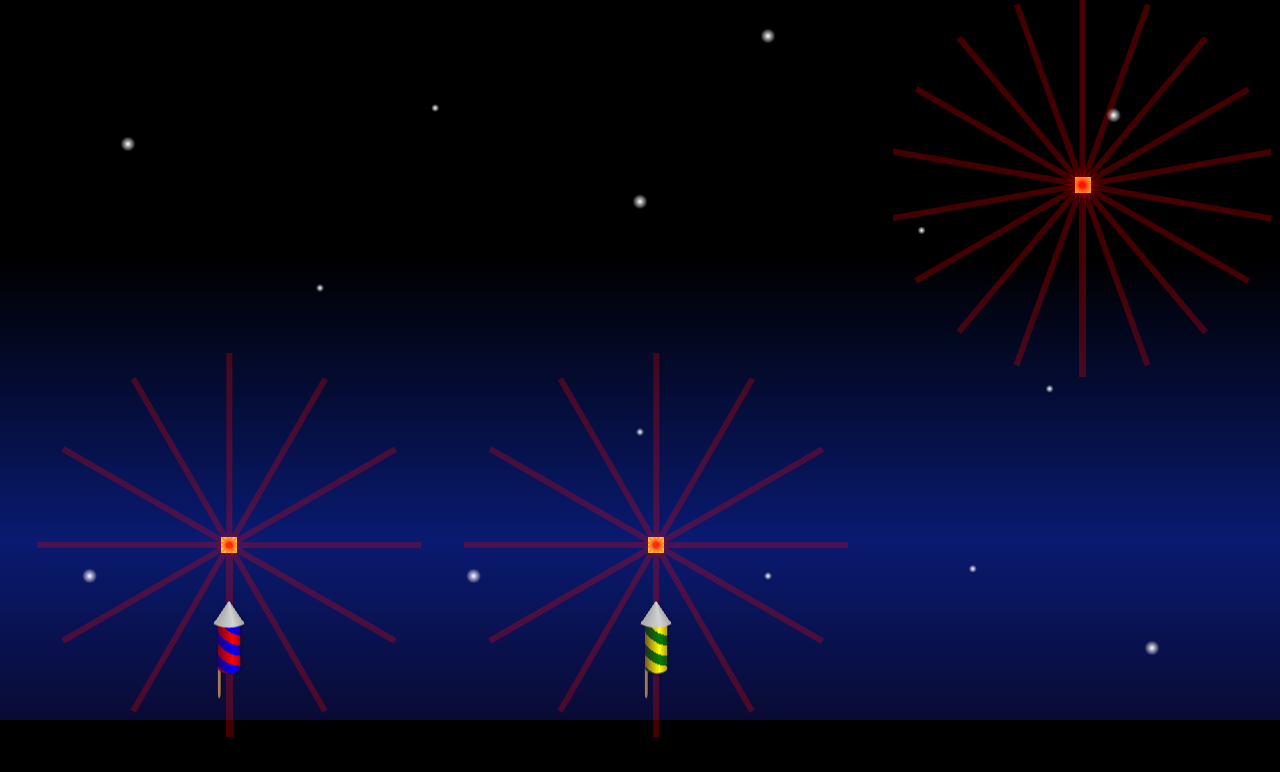
Repository: juliandecloe/CSS-To-The-Rescue---Julian-de-Cloe
Page: index.html
The author's editor kept a copy of each file at every save. The page is drawn from the files as they stood at one save, then again after the next save.
The browser window is 1280 px wide. The pictures show the whole page.
The first `input:nth-child(3)[type="checkbox"]` is checked.

Above is the page before, as saved 2022-03-10 15:54:00.

### index.html
<!DOCTYPE html>
<html lang="en">
	<head>
		<meta charset="UTF-8">
		<meta name="viewport" content="width=device-width, initial-scale=1.0">
		<title>The Anticlimax Fireworkshow!</title>
		<link rel="stylesheet" href="style.css">
	</head>
	<body>
		<input id="left" type="checkbox">
		<input id="middle" type="checkbox">
		<input id="right" type="checkbox">
		<main>
			<section>
				<label for="left">
					<figure></figure>
					<figure></figure>
					<figure></figure>
				</label>
				<ul>
					<li>
						<ul>
							<li></li>
							<li></li>
							<li></li>
							<li></li>
							<li></li>
						</ul>
					</li>
					<li>
						<ul>
							<li></li>
							<li></li>
							<li></li>
							<li></li>
							<li></li>
						</ul>
					</li>
					<li>
						<ul>
							<li></li>
							<li></li>
							<li></li>
							<li></li>
							<li></li>
						</ul>
					</li>
					<li>
						<ul>
							<li></li>
							<li></li>
							<li></li>
							<li></li>
							<li></li>
						</ul>
					</li>
					<li>
						<ul>
							<li></li>
							<li></li>
							<li></li>
							<li></li>
							<li></li>
						</ul>
					</li>
					<li>
						<ul>
							<li></li>
							<li></li>
							<li></li>
							<li></li>
							<li></li>
						</ul>
					</li>
					<li>
						<ul>
							<li></li>
							<li></li>
							<li></li>
							<li></li>
							<li></li>
						</ul>
					</li>
					<li>
						<ul>
							<li></li>
							<li></li>
							<li></li>
							<li></li>
							<li></li>
						</ul>
					</li>
					<li>
						<ul>
							<li></li>
							<li></li>
							<li></li>
							<li></li>
							<li></li>
						</ul>
					</li>
					<li>
						<ul>
							<li></li>
							<li></li>
							<li></li>
							<li></li>
							<li></li>
						</ul>
					</li>
					<li>
						<ul>
							<li></li>
							<li></li>
							<li></li>
							<li></li>
							<li></li>
						</ul>
					</li>
					<li>
						<ul>
							<li></li>
							<li></li>
							<li></li>
							<li></li>
							<li></li>
						</ul>
					</li>
				</ul>
			</section>
			<section>
				<label for="middle">
					<figure></figure>
					<figure></figure>
					<figure></figure>
				</label>
				<ul>
					<li>
						<ul>
							<li></li>
							<li></li>
							<li></li>
							<li></li>
							<li></li>
						</ul>
					</li>
					<li>
						<ul>
							<li></li>
							<li></li>
							<li></li>
							<li></li>
							<li></li>
						</ul>
					</li>
					<li>
						<ul>
							<li></li>
							<li></li>
							<li></li>
							<li></li>
							<li></li>
						</ul>
					</li>
					<li>
						<ul>
							<li></li>
							<li></li>
							<li></li>
							<li></li>
							<li></li>
						</ul>
					</li>
					<li>
						<ul>
							<li></li>
							<li></li>
							<li></li>
							<li></li>
							<li></li>
						</ul>
					</li>
					<li>
						<ul>
							<li></li>
							<li></li>
							<li></li>
							<li></li>
							<li></li>
						</ul>
					</li>
					<li>
						<ul>
							<li></li>
							<li></li>
							<li></li>
							<li></li>
							<li></li>
						</ul>
					</li>
					<li>
						<ul>
							<li></li>
							<li></li>
							<li></li>
							<li></li>
							<li></li>
						</ul>
					</li>
					<li>
						<ul>
							<li></li>
							<li></li>
							<li></li>
							<li></li>
							<li></li>
						</ul>
					</li>
					<li>
						<ul>
							<li></li>
							<li></li>
							<li></li>
							<li></li>
							<li></li>
						</ul>
					</li>
					<li>
						<ul>
							<li></li>
							<li></li>
							<li></li>
							<li></li>
							<li></li>
						</ul>
					</li>
					<li>
						<ul>
							<li></li>
							<li></li>
							<li></li>
							<li></li>
							<li></li>
						</ul>
					</li>
				</ul>
			</section>
			<section>
				<label for="right">
					<figure></figure>
					<figure></figure>
					<figure></figure>
				</label>
				<ul>
					<li></li>
					<li></li>
					<li></li>
					<li></li>
					<li></li>
					<li></li>
					<li></li>
					<li></li>
					<li></li>
					<li></li>
					<li></li>
					<li></li>
					<li></li>
					<li></li>
					<li></li>
					<li></li>
					<li></li>
					<li></li>
				</ul>
			</section>
		</main>
	</body>
</html>

### style.css
/*========== GENERAL ==========*/

:root * {
	--hoekVar: calc(360deg / 12);
	--rotate: rotate(calc( var(--hoekVar) * var(--index) ));
	--hoekVar2: calc(360deg / 5);
	--rotate2: rotate(calc( var(--hoekVar2) * var(--index2) ));
	--hoekVar3: calc(360deg / 18);
	--rotate3: rotate(calc( var(--hoekVar3) * var(--index3) ));
	--star1: 5px;
	--star2: 3px;
}

@property --star1 {
	syntax: '<length>';
	inherits: false;
	initial-value: 0px;
}

@property --star2 {
	syntax: '<length>';
	inherits: false;
	initial-value: 0px;
}

* {
	padding: 0;
	margin: 0;
}

body, html {
	overflow: hidden;
}

html {
	background: linear-gradient(0deg, rgba(9,11,52,1) 0%, rgba(9,26,112,1) 25%, rgba(0,0,0,1) 64%, rgba(0,0,0,1) 100%);
}

@keyframes stars {
	0% {
		--star1: 5px;
	}
	100% {
		--star1: 10px;
	}
}

@keyframes stars2 {
	0% {
		--star2: 3px;
	}
	100% {
		--star2: 6px;
	}
}

body {
	background-position: center;
	background-image:
	radial-gradient(
		circle at
			10%
			20%,
		white,
		transparent var(--star1)
	),
	radial-gradient(
		circle at
			34%
			15%,
		white,
		transparent var(--star2)
	),
	radial-gradient(
		circle at
			50%
			60%,
		white,
		transparent var(--star2)
	),
	radial-gradient(
		circle at
			60%
			80%,
		white,
		transparent var(--star2)
	),
	radial-gradient(
		circle at
			25%
			40%,
		white,
		transparent var(--star2)
	),
	radial-gradient(
		circle at
			7%
			80%,
		white,
		transparent var(--star1)
	),
	radial-gradient(
		circle at
			87%
			16%,
		white,
		transparent var(--star1)
	),
	radial-gradient(
		circle at
			76%
			79%,
		white,
		transparent var(--star2)
	),
	radial-gradient(
		circle at
			90%
			90%,
		white,
		transparent var(--star1)
	),
	radial-gradient(
		circle at
			60%
			5%,
		white,
		transparent var(--star1)
	),
	radial-gradient(
		circle at
			72%
			32%,
		white,
		transparent var(--star2)
	),
	radial-gradient(
		circle at
			50%
			28%,
		white,
		transparent var(--star1)
	),
	radial-gradient(
		circle at
			37%
			80%,
		white,
		transparent var(--star1)
	),
	radial-gradient(
		circle at
			82%
			54%,
		white,
		transparent var(--star2)
	);
	animation:
	stars 1s linear alternate infinite,
	stars2 1.5s linear alternate infinite;
}

@media (prefers-reduced-motion) {
	body {
		animation-name: dissolve;
	}
}

main {
	display: flex;
	justify-content: center;
	align-items: end;
	width: 100vw;
	height: 100vh;
	padding-left: 1rem;
}

@media (max-width: 630px) {
	main {
		transform: scale(.5) translateY(50vh);
	}
}

section {
	display: grid;
	place-items: center;
	transition: 1s ease-out;
	width: 50vw;
}

@media (max-width: 630px) {
	section {
		width: 80vw;
	}
}

input {
	display: none;
}


/*========== FIRE ROCKET ==========*/

/*===== GENERAL =====*/

label {
	transform: scale(.3) translateY(50vh);
	z-index: 5;
	height: 350px;
	width: 120px;
	filter: drop-shadow(2px 2px 4px rgb(0,0,0,0.5));
	transition: 1s;
	cursor: pointer;
	animation: 1s
}

@media (max-width: 630px) {
	label {
		transform: scale(.5);
	}
}

section label > figure:first-child {
	border-radius: 50%;
	position: absolute;
	left: calc(50% - 55px);
	width: 110px;
	height: 130px;
	z-index: 3;
	clip-path: ellipse(90% 70% at center top);
	background-image:
		conic-gradient(
		at center top,
		transparent 146deg,
		darkgray 146deg,
		lightgray 170deg,
		darkgray 214deg,
		transparent 214deg
	);
}

section label figure:nth-child(2) {
	position: absolute;
	top: 83px;
	left: calc(50% - 37.5px);
	width: 75px;
	height: 160px;
	z-index: 2;
	background-size: 100% 100%, 600% 600%;
	background-position:left top, 40% -30%;
	border-radius: 0 0 50% 50% / 0 0 1em 1em;
}

section label > figure:nth-child(3) {
	position: absolute;
	background: #BA8C63;
	top: 220px;
	left: calc(50% - 37.5px);
	width: 10px;
	height: 110px;
	z-index: 1;
	box-shadow: inset -2px 0 8px rgb(0,0,0,0.5);
	clip-path: ellipse(10px 95px at 50% 10%);
}


/*===== COLOR ARROWS =====*/

section:first-child label figure:nth-child(2) {
	background-image:
		linear-gradient(
			to right,
			#303a 0%,
			transparent 65%,
			#3036 100%
		),
		repeating-radial-gradient(
			red 0 1em,
			blue 1em 2em
	);
}

section:nth-child(2) label figure:nth-child(2) {
	background-image:
		linear-gradient(
			to right,
			#303a 0%,
			transparent 65%,
			#3036 100%
		),
		repeating-radial-gradient(
			green 0 1em,
			yellow 1em 2em
		);
}

section:last-child label figure:nth-child(2) {
	background-image:
		linear-gradient(
			to right,
			#303a 0%,
			transparent 65%,
			#3036 100%
		),
		repeating-radial-gradient(
			pink 0 1em,
			purple 1em 2em
		);
}


/*========== FIRE WORK ==========*/

/*===== LAYER 1 =====*/

section > ul {
	list-style-type: none;
	position: absolute;
	width: 1rem;
	height: 1rem;
	display: grid;
	place-items: center;
	background-color: #ff4;
}

section > ul > li {
	position: absolute;
	top: 50%;
	width: 40%;
	height: 1200%;
	transform-origin: center top;
	transform: var(--rotate);
	transition: .3s ease-out;
	transition-delay: 1s;
	display: flex;
	background-color: #f004;
}

section:last-child li {
	position: absolute;
	top: 50%;
	width: 40%;
	height: 1200%;
	transform-origin: center top;
	transform: var(--rotate3);
	transition: .3s ease-out;
	transition-delay: 1s;
	display: flex;
	background-color: #f004;
}

section > ul > li::after {
	content: "";
	display: block;
	width: 100%;
	height: 50%;
	transition: .2s ease-out;
	transform-origin: center top;
	transform: scaleY(0);
	position: absolute;
}

/* Color */

section:first-child > ul > li::after {
	background-color: blue;
}

section:nth-child(2) > ul > li::after {
	background-color: green;
}

section:last-child > ul li::after {
	background-color: pink;
}


/*===== LAYER 2 =====*/

section > ul > li ul {
	list-style-type: none;
	position: relative;
	width: .5em;
	aspect-ratio: 1/1;
	align-self: end;
	display: grid;
	place-items: center;
	/* background-color: #f088; */
}

section:first-child > ul > li li {
	position: absolute;
	top: 50%;
	width: 25%;
	aspect-ratio: 1/8;
	background-color: #f00;
	transform-origin: center top;
	transform: var(--rotate2) scaleY(0);
	transition: .3s ease-out;
	transition-delay: 1.8s;
}

section:nth-child(2) > ul > li li {
	position: absolute;
	width: 30%;
	height: 1200%;
	background-color: yellow;
	transform-origin: center;
	transform: var(--rotate2) scaleY(1);
	transition: .5s ease-out;
	transition-delay: 1.5s;
	visibility: hidden;
}


/*========== INTERACTION ==========*/

/*===== GENERAL =====*/

section > ul > li:nth-of-type(1) { --index:1; }
section > ul > li:nth-of-type(2) { --index:2; }
section > ul > li:nth-of-type(3) { --index:3; }
section > ul > li:nth-of-type(4) { --index:4; }
section > ul > li:nth-of-type(5) { --index:5; }
section > ul > li:nth-of-type(6) { --index:6; }
section > ul > li:nth-of-type(7) { --index:7; }
section > ul > li:nth-of-type(8) { --index:8; }
section > ul > li:nth-of-type(9) { --index:9; }
section > ul > li:nth-of-type(10) { --index:10; }
section > ul > li:nth-of-type(11) { --index:11; }
section > ul > li:nth-of-type(12) { --index:12; }

ul > li li:nth-of-type(1) { --index2:1; }
ul > li li:nth-of-type(2) { --index2:2; }
ul > li li:nth-of-type(3) { --index2:3; }
ul > li li:nth-of-type(4) { --index2:4; }
ul > li li:nth-of-type(5) { --index2:5; }

section:last-child li:nth-of-type(1) { --index3:1; }
section:last-child li:nth-of-type(2) { --index3:2; }
section:last-child li:nth-of-type(3) { --index3:3; }
section:last-child li:nth-of-type(4) { --index3:4; }
section:last-child li:nth-of-type(5) { --index3:5; }
section:last-child li:nth-of-type(6) { --index3:6; }
section:last-child li:nth-of-type(7) { --index3:7; }
section:last-child li:nth-of-type(8) { --index3:8; }
section:last-child li:nth-of-type(9) { --index3:9; }
section:last-child li:nth-of-type(10) { --index3:10; }
section:last-child li:nth-of-type(11) { --index3:11; }
section:last-child li:nth-of-type(12) { --index3:12; }
section:last-child li:nth-of-type(13) { --index3:13; }
section:last-child li:nth-of-type(14) { --index3:14; }
section:last-child li:nth-of-type(15) { --index3:15; }
section:last-child li:nth-of-type(16) { --index3:16; }
section:last-child li:nth-of-type(17) { --index3:17; }
section:last-child li:nth-of-type(18) { --index3:18; }

/* Rocket */

input:first-child[type="checkbox"]:checked ~ main section:first-child, input:nth-child(2)[type="checkbox"]:checked ~ main section:nth-child(2), input:nth-child(3)[type="checkbox"]:checked ~ main section:last-child {
	transform: translateY(-50vh);
	background: none;
}

@media (max-width: 630px) {
	input:first-child[type="checkbox"]:checked ~ main section:first-child, input:nth-child(2)[type="checkbox"]:checked ~ main section:nth-child(2), input:nth-child(3)[type="checkbox"]:checked ~ main section:last-child {
		transform: translateY(-90vh);
	}
}

input:first-child[type="checkbox"]:checked ~ main section:first-child label, input:nth-child(2)[type="checkbox"]:checked ~ main section:nth-child(2) label, input:nth-child(3)[type="checkbox"]:checked ~ main section:last-child label {
	transform: scale(.5, .3);
	animation: explode 1s 1s ease-in forwards;
}

/* Explode 1 */

input:first-child[type="checkbox"]:checked ~ main section:first-child > ul > li, input:nth-child(2)[type="checkbox"]:checked ~ main section:nth-child(2) > ul > li {
	transform: var(--rotate) translateY(2em);
}

input:first-child[type="checkbox"]:checked ~ main section:first-child > ul > li::after, input:nth-child(2)[type="checkbox"]:checked ~ main section:nth-child(2) > ul > li::after {
	animation: after .3s 1s ease-out forwards;
}


/*===== ARROW 1 =====*/

input:first-child[type="checkbox"]:checked ~ main section:first-child > ul > li li {
	animation: lili .3s 1.5s ease-out forwards;
}


/*===== ARROW 2 =====*/

input:nth-child(2)[type="checkbox"]:checked ~ main section:nth-child(2) > ul > li li {
	visibility: visible;
	transform: var(--turn) scaleY(6) translateY(2em);
	opacity: 0;
}

/*===== ARROW 3 =====*/

input:nth-child(3)[type="checkbox"]:checked ~ main section:last-child li::after {
	animation: huge .3s 1s ease-out forwards;
}

/*========== ANIMATIONS ==========*/

@keyframes huge {
	0% {
		transform: scaleY(0);
		opacity: 1;
	}
	33% {
		transform: scaleY(1);
		opacity: 0;
	}
	67% {
		transform: translateY(100%) scaleY(1);
		opacity: 1;
	}
	99% {
		transform: translateY(200%) scaleY(0);
		opacity: 0;
	}
	100% {
		transform: translateY(0) scaleY(0);
		opacity: 1;
	}
}

@keyframes explode {
	0% {
		visibility: hidden;
	}
	99% {
		visibility: hidden;
	}
	100% {
		transform: translateY(65vh) scale(.3);
		visibility: visible;
	}
}

@keyframes after {
	0% {
		transform: scaleY(0);
	}
	33% {
		transform: scaleY(1) ;
	}
	67% {
		transform: translateY(100%) scaleY(1) ;
	}
	99% {
		transform: translateY(200%) scaleY(0) ;
	}
	100% {
		transform: translateY(0) scaleY(0) ;
	}
}

@keyframes lili {
	0% {
		transform: var(--rotate2) translateY(0) scaleY(0);
	}
	50% {
		transform: var(--rotate2) translateY(0) scaleY(3);
	}
	99% {
		transform: var(--rotate2) translateY(400%) scaleY(0);
	}
	100% {
		transform: var(--rotate2) translateY(0) scaleY(0);
	}
}

After the next save:
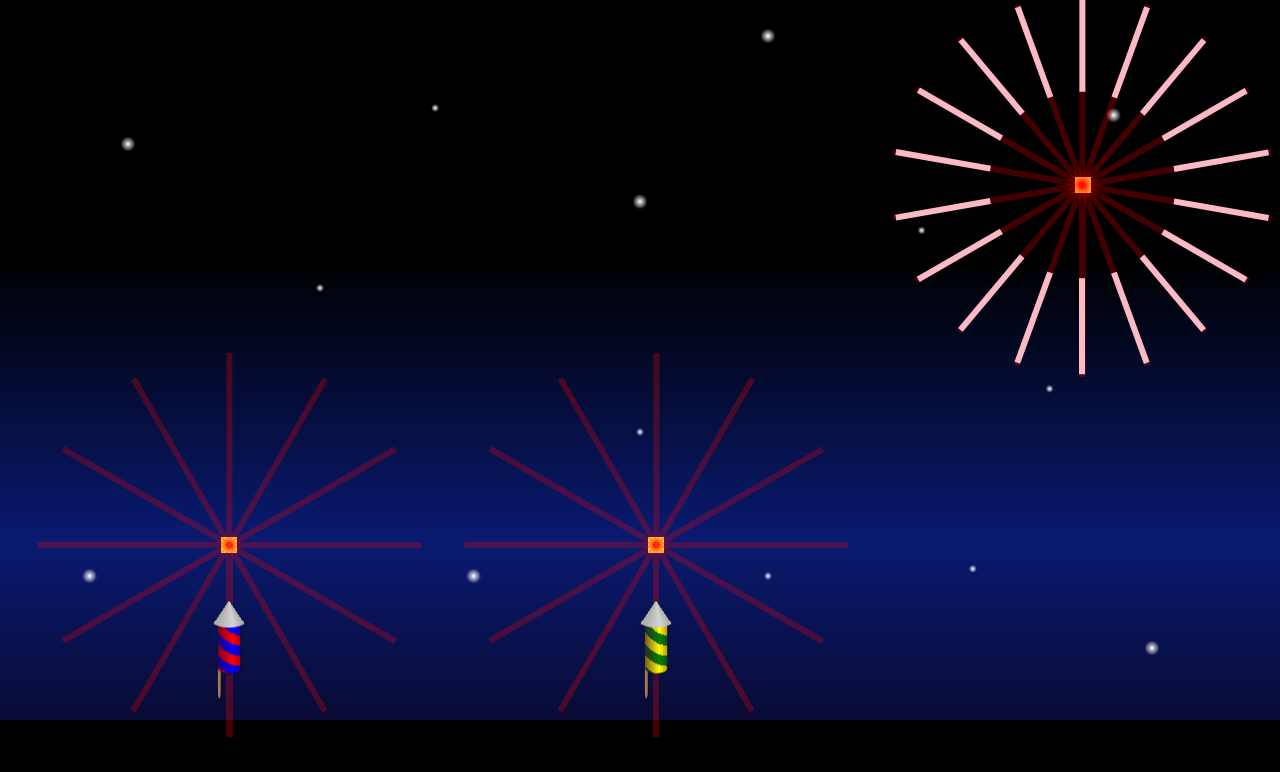
Saved 8 s later.
--- a/style.css
+++ b/style.css
@@ -502,7 +502,7 @@ input:nth-child(2)[type="checkbox"]:checked ~ main section:nth-child(2) > ul > l
 /*===== ARROW 3 =====*/
 
 input:nth-child(3)[type="checkbox"]:checked ~ main section:last-child li::after {
-	animation: huge .3s 1s ease-out forwards;
+	animation: huge .8s 1s ease-out forwards;
 }
 
 /*========== ANIMATIONS ==========*/
